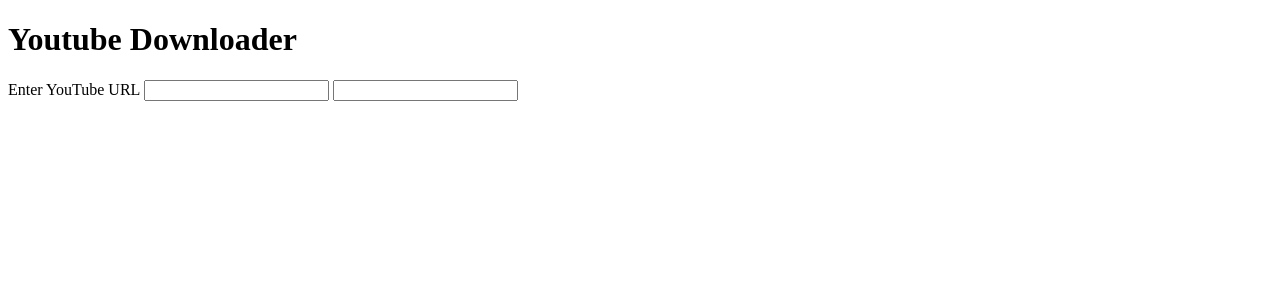
Repository: HadiaMasood/YoutubeDownloader-And-Clipper
Page: Youtube.html
These files come from the project's save history. The page is drawn as it stood at one moment and after the next save; the edit follows.
The browser window is 1280 px wide. The pictures show the whole page.

Above is the page before, as saved 2026-04-01 12:24:31.

### Youtube.html
<!DOCTYPE html>
<html lang="en">
<head>
    <meta charset="UTF-8">
    <meta name="viewport" content="width=device-width, initial-scale=1.0">
    <title>Document</title>
</head>
<body>

    <h1>

        Youtube Downloader
    </h1>

    <form action="">


        <label for="">Enter YouTube URL</label>
<input type="url">
        <label for=""></label>

        <input type="text">
    </form>

</body>
</html>

After the next save:
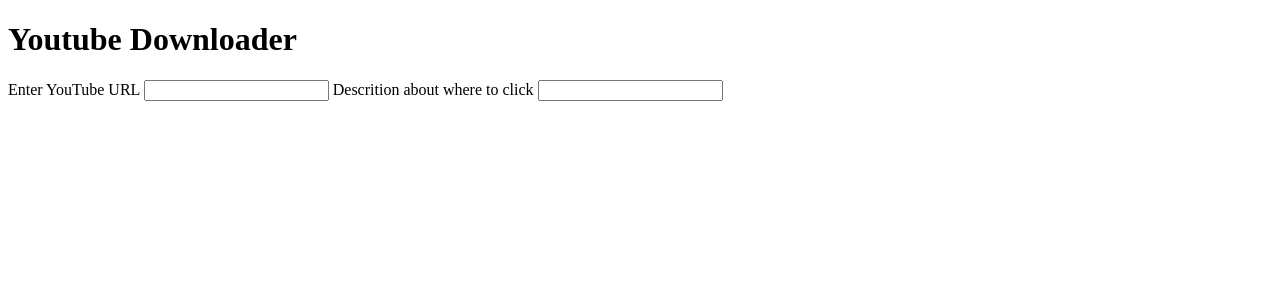
Saved 34 s later.
--- a/Youtube.html
+++ b/Youtube.html
@@ -17,7 +17,7 @@
 
         <label for="">Enter YouTube URL</label>
 <input type="url">
-        <label for=""></label>
+        <label for="">Descrition about where to click </label>
 
         <input type="text">
     </form>
